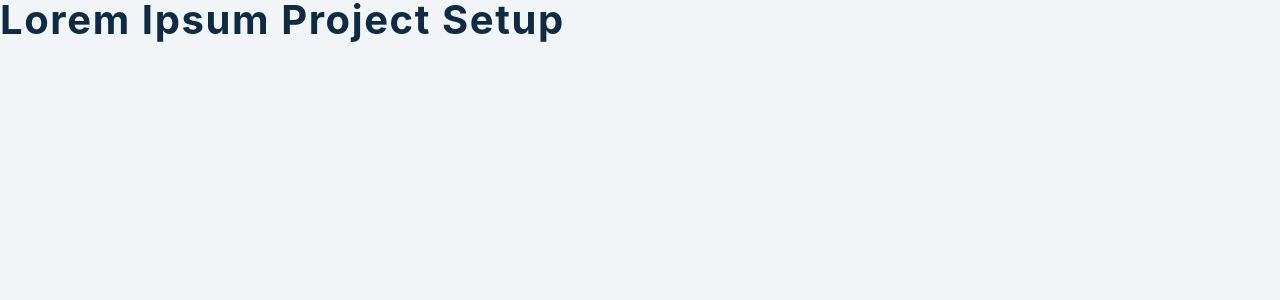
Repository: bodescuanamariia/lorem-ipsum-generator
Page: /
The author's editor kept a copy of each file at every save. The page is drawn from the files as they stood at one save, then again after the next save.
The browser window is 1280 px wide. The pictures show the whole page.
The project was rebuilt for these pictures with package versions that can differ from the ones it lists, and the page was loaded fresh each time.

Above is the page before, as saved 2022-04-27 10:11:39.

After the next save:
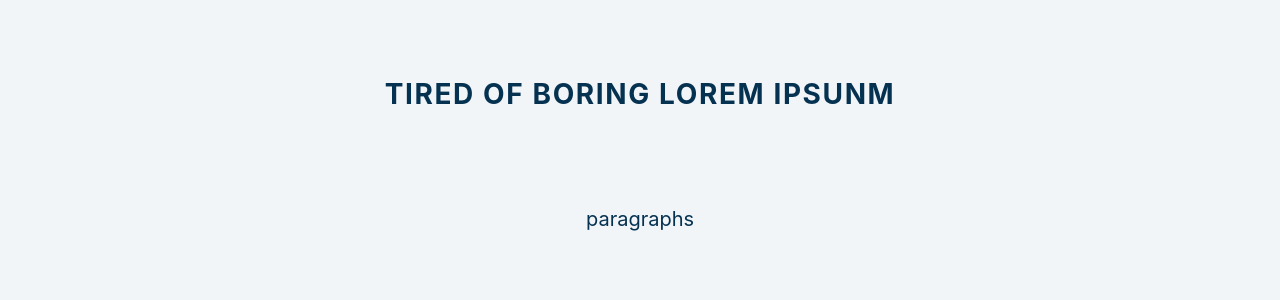
Saved 4 min 10 s later.
--- a/src/App.js
+++ b/src/App.js
@@ -1,6 +1,21 @@
 import React, { useState } from "react";
 function App() {
-  return <h2>lorem ipsum project setup</h2>;
+  const [count, setCount] = useState(0);
+  const [text, setText] = useState([]);
+  const handleSubmit = (e) => {
+    e.preventDefault();
+    console.log("hello");
+  };
+
+  return (
+    <>
+      <section className="section-center">
+        <h3>Tired of boring lorem ipsunm</h3>
+        <form className="lorem-form" onSubmit={handleSubmit}></form>
+        <label htmlFor="amount">paragraphs</label>
+      </section>
+    </>
+  );
 }
 
 export default App;
